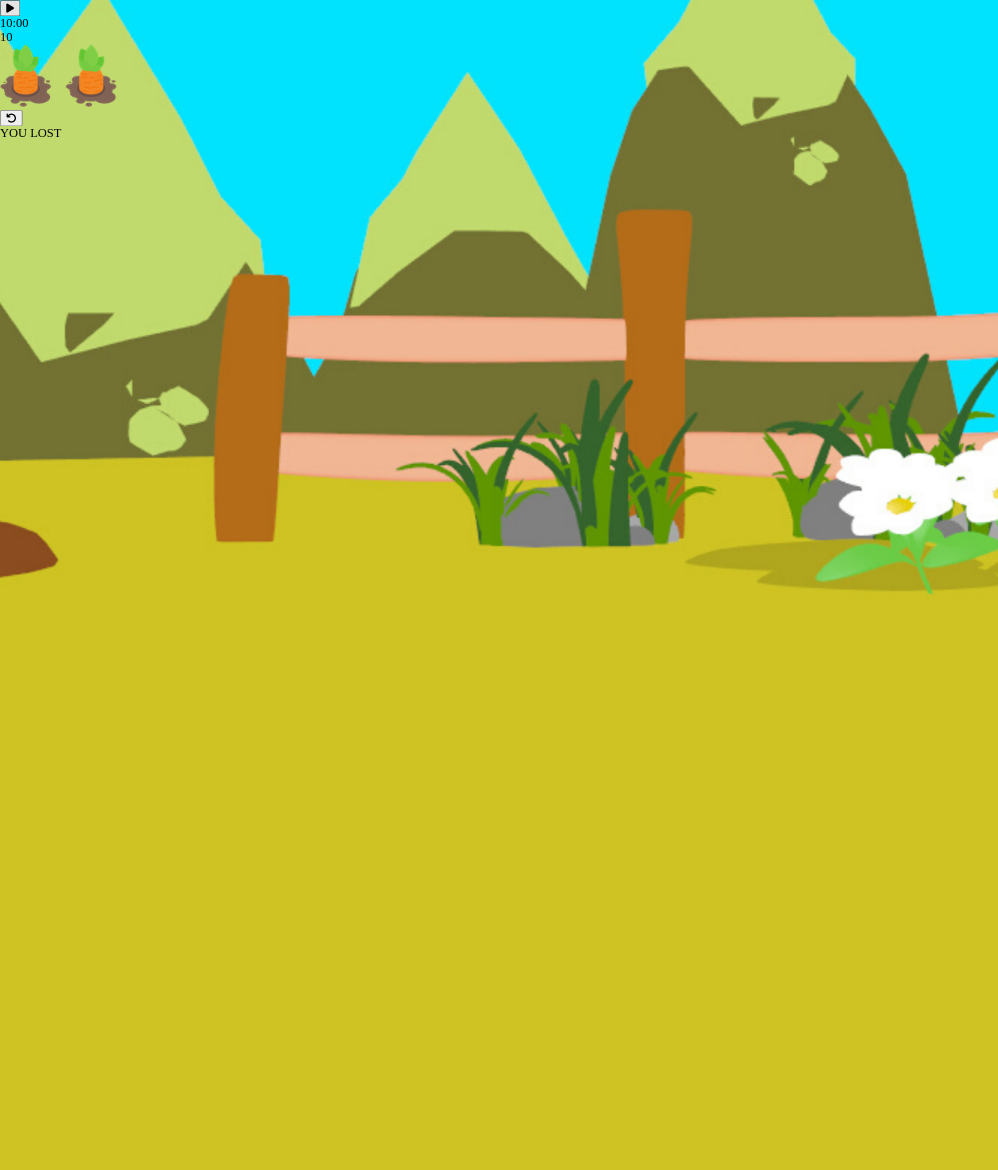
Repository: keehoonjung/Bug-Game
Page: index.html
These files come from the project's save history. The page is drawn as it stood at one moment and after the next save; the edit follows.
The browser window is 1280 px wide. The pictures show the whole page, at 78% of full size.
Some web libraries are served in a nearby version.

Above is the page before, as saved 2021-08-10 10:44:00.

After the next save:
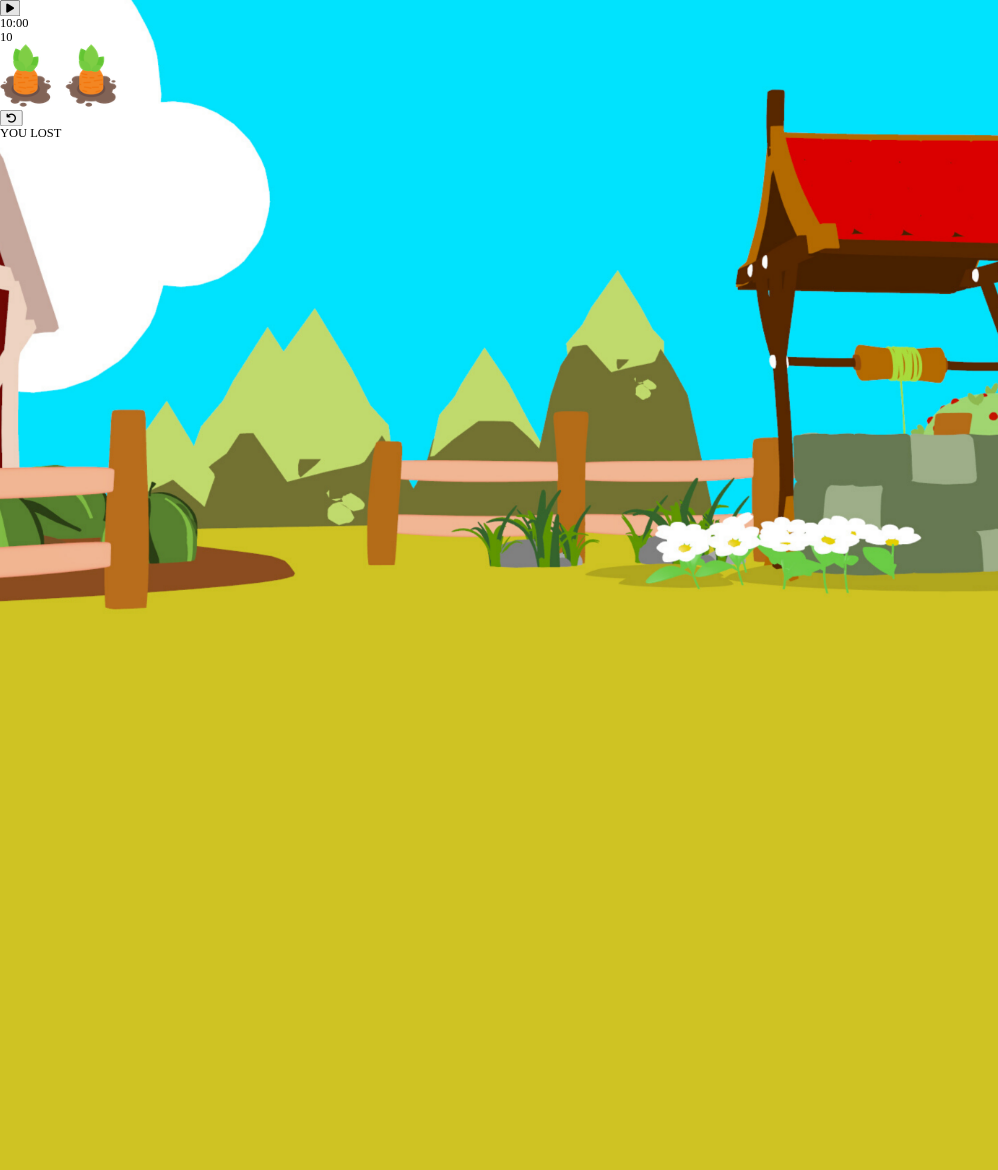
Saved 63 s later.
--- a/style.css
+++ b/style.css
@@ -6,6 +6,6 @@ body {
   margin: 0;
 }
 .container {
-  background: center no-repeat url(/img/background.png);
+  background: center/ cover no-repeat url(/img/background.png);
   height: 1500px;
 }
